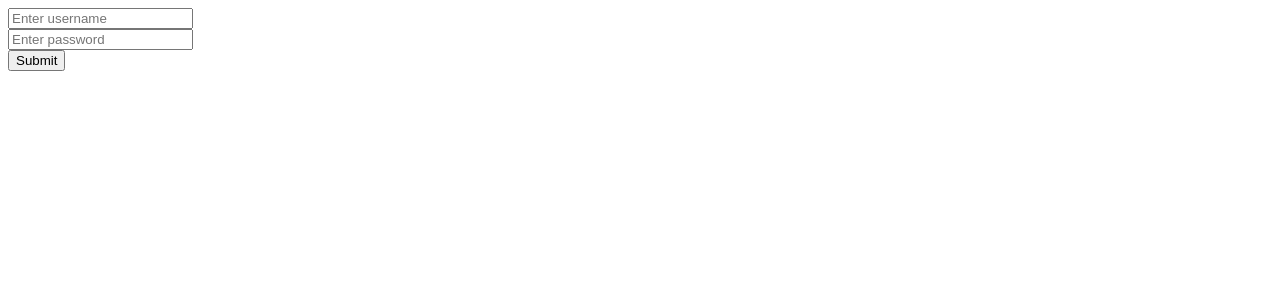
Repository: Solankinikhil/DailyWork
Page: eclipse-workspace/javaScriptExamples/WebContent/login.html
These files come from the project's save history. The page is drawn as it stood at one moment and after the next save; the edit follows.
The browser window is 1280 px wide. The pictures show the whole page.

Above is the page before, as saved 2020-03-11 08:41:31.

After the next save:
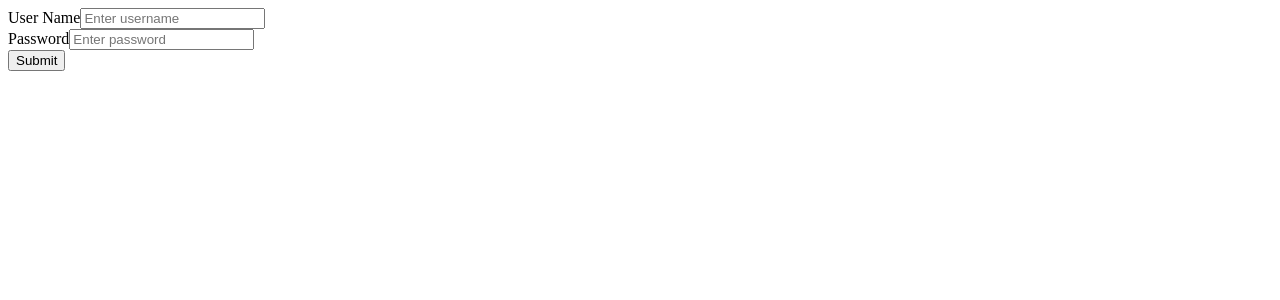
Saved 21 s later.
--- a/eclipse-workspace/javaScriptExamples/WebContent/login.html
+++ b/eclipse-workspace/javaScriptExamples/WebContent/login.html
@@ -6,8 +6,8 @@
 </head>
 <body>
 	<form action="" onsubmit="sayHello()">
-		<input type="text" name="userName" placeholder="Enter username" /><br />
-		<input type="password" name="password" placeholder="Enter password" /><br />
+		User Name<input type="text" name="userName" placeholder="Enter username" /><br />
+		Password<input type="password" name="password" placeholder="Enter password" /><br />
 		<input type="Submit" value="Submit" />
 	</form>
 </body>
